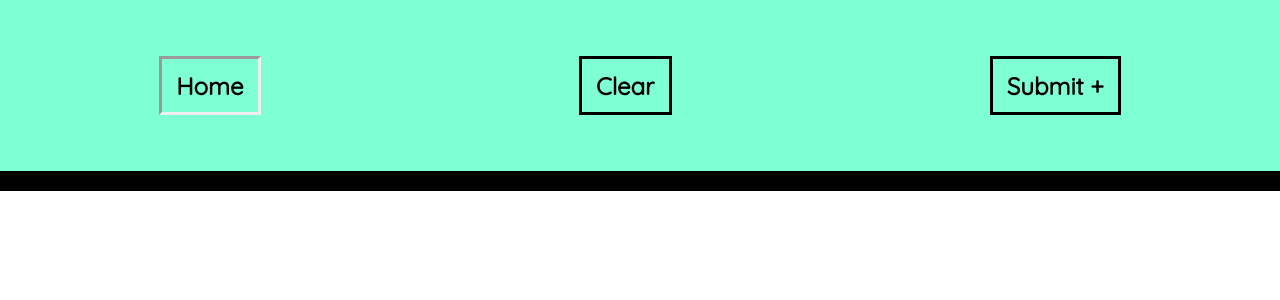
Repository: rickypcyt/WebMural
Page: /
The author's editor kept a copy of each file at every save. The page is drawn from the files as they stood at one save, then again after a run of saves.
The browser window is 1280 px wide. The pictures show the whole page.
The pointer rests on the first visible `.oli`.
The project was rebuilt for these pictures with package versions that can differ from the ones it lists, and the page was loaded fresh each time.

Above is the page before, as saved 2022-09-12 13:30:20.

### src/index.js
import React from "react";
import ReactDOM from "react-dom/client";
import "./index.css";
import WebMural from "./Pages/WebMural";
import reportWebVitals from "./reportWebVitals";
import { BrowserRouter, Routes, Route, Switch } from "react-router-dom";

const root = ReactDOM.createRoot(document.getElementById("root"));
root.render(
  <React.StrictMode>
    <BrowserRouter>
      <WebMural />
    </BrowserRouter>
  </React.StrictMode>
);

// If you want to start measuring performance in your app, pass a function
// to log results (for example: reportWebVitals(console.log))
// or send to an analytics endpoint. Learn more: https://bit.ly/CRA-vitals
reportWebVitals();

### src/index.css
@import url("https://fonts.googleapis.com/css2?family=Quicksand");

input[type="file"] {
  display: none;
}
.container {
  top: 0%;
  left: 0%;
}
::marker {
  display: none;
}
.image-container {
  width: 100%;
  margin: auto;
  display: flex;
  flex-direction: row;
  justify-content: space-evenly;
  gap: 15px;
  padding: 10px;
  background-color: black;
}

body {
  line-height: 1;
  font-family: "Quicksand";
  font-size: large;
  margin: 0%;
  padding: 0%;
}
main {
  top: 10%;
}
ol {
  list-style: none;
  display: flex;
  padding: 0;
  align-items: flex-start;
  justify-content: space-around;
  display: flex;
  flex-wrap: wrap;
  align-content: center;
}
.content {
  position: absolute;
  right: calc(var(--pad) * 2);
  bottom: calc(var(--pad) * 2);
  white-space: nowrap;
}
.parrafo {
  line-height: 1.5;
  text-align: end;
  font-size: larger;
}
.parrafo span {
  display: block;
}
.titulo {
  margin: 0;
}
.oli {
  font-weight: bold;
  border-style: solid;
  font-size: x-large;
  padding: 1ch;
}
.descripcion {
  font-weight: lighter;
  font-style: oblique;
}
.oli:hover {
  color: black;
  border-style: inset;
}
.page {
  padding-top: 2%;
  padding-bottom: 3%;
}
.pageContact {
  padding-top: 8%;
  padding-bottom: 9%;
}
.cabeceranavi {
  padding-bottom: 3%;
  padding-top: 3%;
  background-color: aquamarine;
}
p {
  font-weight: bold;
}
a {
  color: black;
  text-decoration: none;
  padding: 0ch;
}
span {
  font-size: larger;
}
li {
  width: 7%;
  height: 10%;
}
ul {
  list-style-type: none;
  margin: 0%;
  display: flex;
  align-items: center;
  flex-direction: row;
  padding-top: 5%;
  padding-bottom: 5%;
  padding-left: 0%;
  justify-content: space-around;
}
.imagenes {
  display: block;
  height: auto;
  width: auto;
  padding-top: 5%;
  padding-bottom: 5%;
}

.imagenesproyect {
  position: relative;
}
.fixer {
  display: flex;
  flex-direction: row;
  justify-content: space-evenly;
  padding-bottom: 3%;
}
.overlay {
  position: absolute;
  top: 0.83cm;

  background: rgb(0, 0, 0);
  background: rgb(2, 0.3, 0.9, 0.6); /* Black see-through */
  color: #f1f1f1;
  width: 100%;
  transition: 0.5s ease;
  color: white;
  text-align: center;
  font-size: 20px;
  padding-top: 20px;
  padding-bottom: 20px;
  opacity: 0;
}
.imagenesproyect:hover .overlay {
  opacity: 1;
}
.overlay2 {
  position: absolute;
  bottom: 8%;
  background: rgb(0, 0, 0);
  background: rgba(40, 40, 40, 0.6); /* Black see-through */
  color: #f1f1f1;
  width: 100%;
  transition: 0.5s ease;
  color: white;
  text-align: center;
  font-size: 20px;
  padding-top: 20px;
  padding-bottom: 20px;
  opacity: 0;
}
.imagenesproyect:hover .overlay2 {
  opacity: 1;
}

.homeinfo {
  font-size: x-large;
}

@media screen and (max-width: 1340px) {
  .fixer {
    flex-direction: column;
    justify-content: center;
  }
  .imagenes {
    height: auto;
    width: 100%;
  }
  ol {
  }
}

.image-container {
  width: auto;
  margin: auto;
  /* display: flex; */
  flex-wrap: wrap;
  gap: 15px;
  padding: 10px;
}

.image-container img {
  max-width: 100%;
  max-height: 225px;
}

.container .image-container .image {
  border: 4px solid black;
  overflow: hidden;
  /* cursor: pointer; */
}

.container .image-container .image img {
  height: 100%;
  width: 100%;
}
@media (max-width: 700px) {
  .image-container img {
    max-height: -10px;
  }
}

.image:hover {
  transform: scale(
    1.15
  ); /* (150% zoom - Note: if the zoom is too large, it will go outside of the viewport) */
}

### src/Pages/WebMural.js
import React, { useState } from "react";
import { Link, useMatch, useResolvedPath } from "react-router-dom";

const UploadAndDisplayImage = () => {
  const [selectedFiles, setSelectedFiles] = useState([]);
  const handleImageChange = (e) => {
    setSelectedFiles([]);
    if (e.target.files) {
      const filesArray = Array.from(e.target.files).map((file) =>
        URL.createObjectURL(file)
      );
      setSelectedFiles((prevImages) => prevImages.concat(filesArray));
      Array.from(e.target.files).map((file) => URL.revokeObjectURL(file));
    }
  };

  const renderPhotos = (source) => {
    return source.map((photo) => {
      return (
        <div class="container">
          <figure class="image-container">
            <img className="image" src={photo} alt="" key={photo} />
          </figure>
        </div>
      );
    });
  };

  return (
    <main>
      <nav className="cabeceranavi">
        <ol>
          <div CustomLink to="/" className="oli">
            Home
          </div>
          <nav className="oli" onClick={() => handleImageChange(null)}>
            Clear
          </nav>
          <label for="upload-button">
            <nav>
              <input
                type="file"
                id="upload-button"
                multiple="multiple"
                accept="image/*"
                onChange={handleImageChange}
              />
              <div class="oli"> Submit + </div>
            </nav>
          </label>
        </ol>
      </nav>
      {selectedFiles && (
        <div>
          <div class="image-container">{renderPhotos(selectedFiles)}</div>
        </div>
      )}
    </main>
  );
};

export default UploadAndDisplayImage;

function CustomLink({ to, children, ...props }) {
  const resolvedPath = useResolvedPath(to);
  const isActive = useMatch({ path: resolvedPath.pathname, end: true });
  return (
    <li className={isActive ? "active" : ""}>
      <Link to={to} {...props}>
        {children}
      </Link>
    </li>
  );
}

Loaded but not shown: public/index.html (common file); src/reportWebVitals.js (common file); public/manifest.json (common file)

After the next 2 saves:
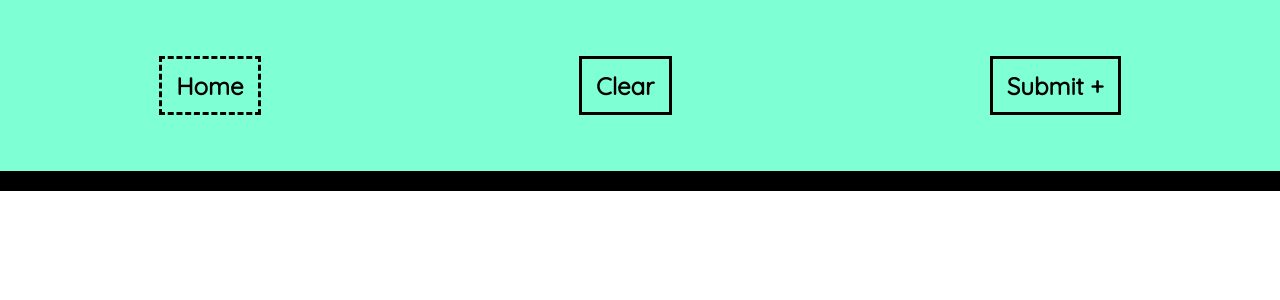
The 2 saves are shown as one change because they came seconds apart.
The last was saved 20 s later.
--- a/src/index.css
+++ b/src/index.css
@@ -70,7 +70,7 @@ ol {
 }
 .oli:hover {
   color: black;
-  border-style: inset;
+  border-style: dashed;
 }
 .page {
   padding-top: 2%;
